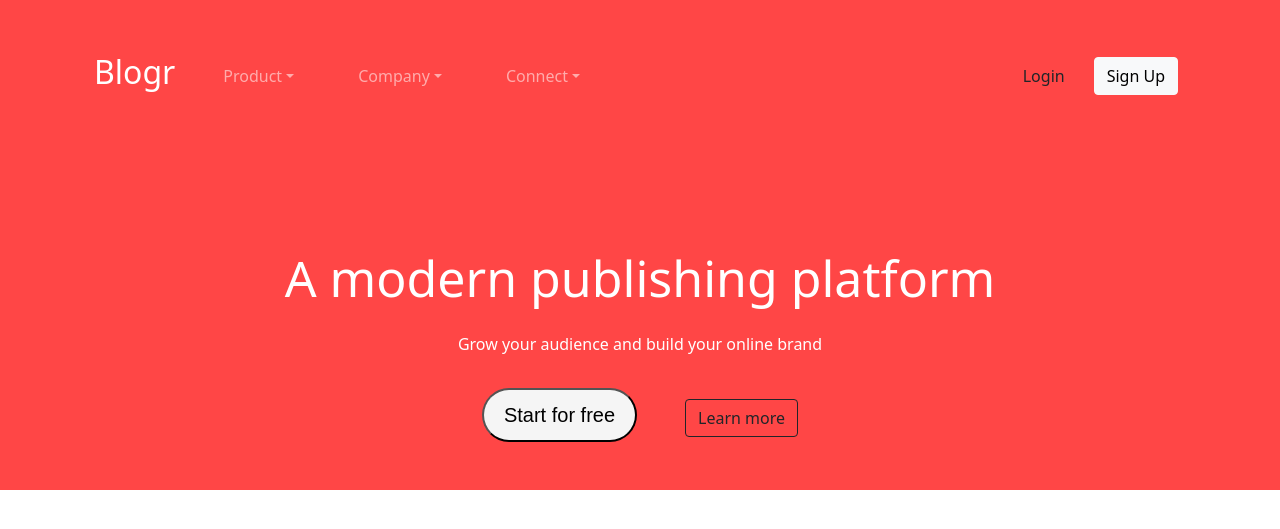
Repository: badhon252/blogr-landing-page
Page: /
The author's editor kept a copy of each file at every save. The page is drawn from the files as they stood at one save, then again after a run of saves.
The browser window is 1280 px wide. The pictures show the whole page.
The project was rebuilt for these pictures with package versions that can differ from the ones it lists, and the page was loaded fresh each time.

Above is the page before, as saved 2022-01-17 23:51:28.

After the next 2 saves:
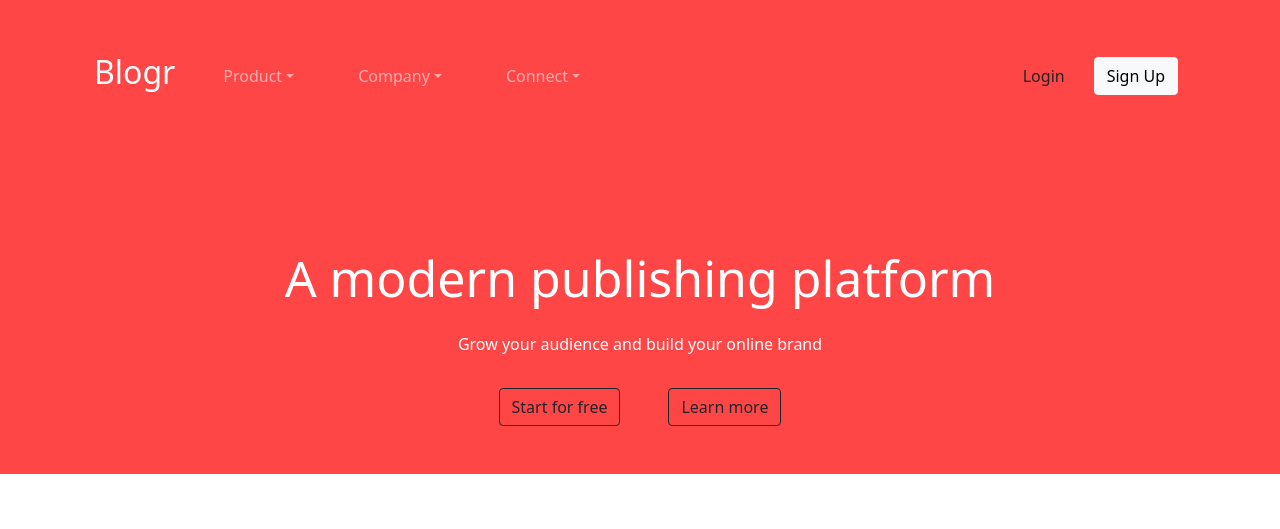
The 2 saves are shown as one change because they came seconds apart.
The last was saved 7 min 22 s later.
--- a/src/components/Header/HeaderContent.js
+++ b/src/components/Header/HeaderContent.js
@@ -9,7 +9,7 @@ export default function HeaderContent() {
           Grow your audience and build your online brand
         </p>
         <div className="px-5">
-          <button type="button" class="h-btn me-5">
+          <button type="button" class=" btn btn-outline-dark me-5">
             Start for free
           </button>
           <button type="button" class="btn btn-outline-dark">
